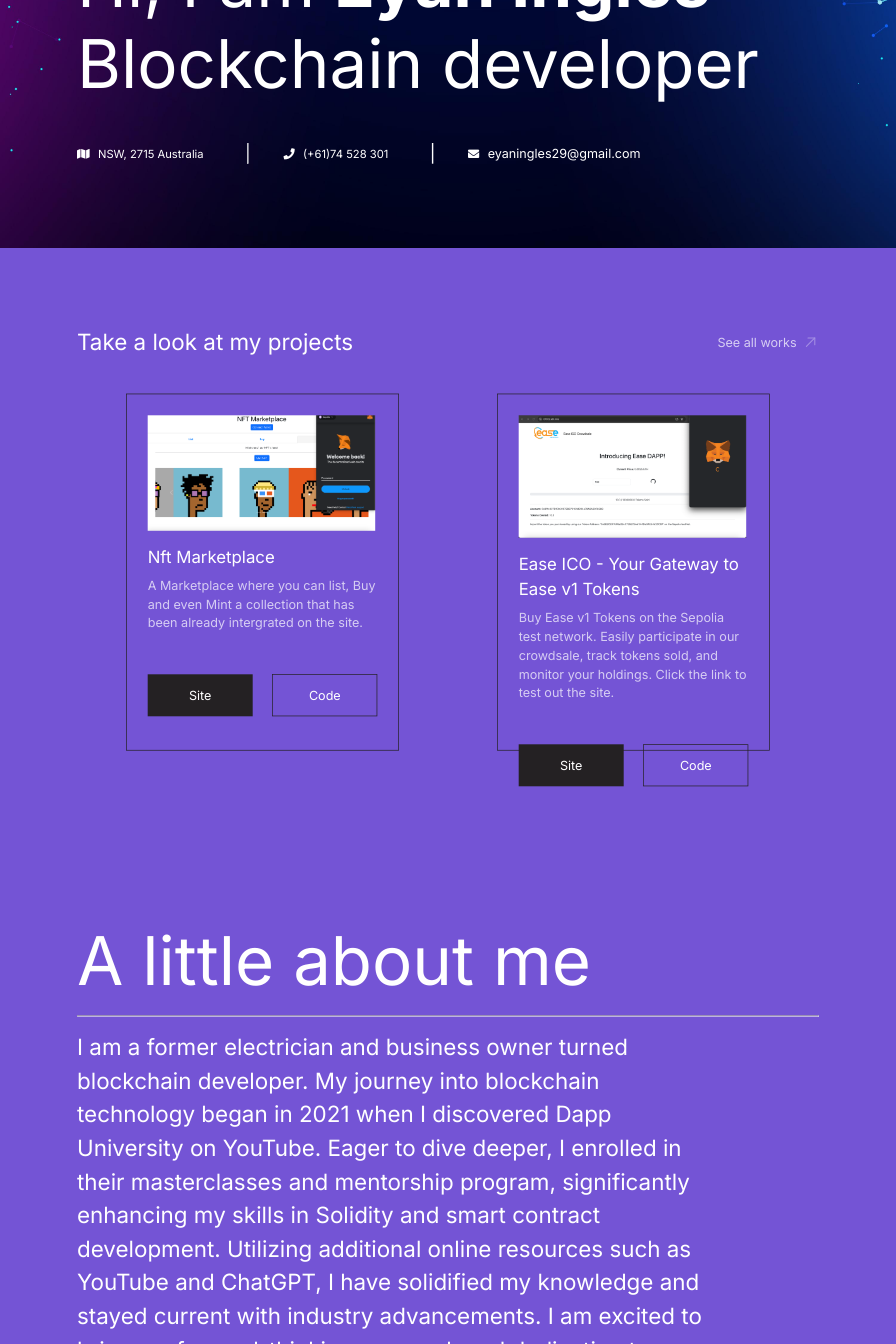
Repository: EyanIngles/Resume
Page: index.html
The author's editor kept a copy of each file at every save. The page is drawn from the files as they stood at one save, then again after the next save.
The browser window is 1280 px wide. The pictures show the part of the page from y = 495 to 2415 px (the page is 4848 px tall), at 70% of full size.

Above is the page before, as saved 2024-06-02 17:14:15.

### index.html
<!DOCTYPE html>
<html lang="en">

<head>
    <meta charset="UTF-8">
    <meta http-equiv="X-UA-Compatible" content="IE=edge">
    <meta name="viewport" content="width=device-width, initial-scale=1.0">
    <meta name="description" content="Blockchain Developer">
    <meta name="author" content="Eyan Ingles">

    <title>Eyan Ingles || Blockchain Developer</title>

    <!-- Google Fonts -->
    <link rel="preconnect" href="https://fonts.googleapis.com">
    <link rel="preconnect" href="https://fonts.gstatic.com" crossorigin>
    <link href="https://fonts.googleapis.com/css2?family=Inter:wght@100;200;300;400;500;600;700;800;900&display=swap"
        rel="stylesheet">

    <!-- Font Awesome -->
    <link href="vendor/fontawesome-free-5.15.4-web/css/all.min.css" rel="stylesheet">

    <!-- Custom styles for this template -->
    <link href="css/resume.css" rel="stylesheet">
</head>

<body>
    <header class="header">
        <div class="header-links flex-start">
            <div class="profile-container">
                <img class="profile" src="./img/profile.jpeg" alt="Profile Picture">
                <img class="ring" src="./img/Ring.svg" alt="Ring Border">
            </div>

            <ul class="flex-list list-items-circle">
                <li>
                    <a href="https://www.linkedin.com/in/eyan-ingles-026738272/">
                        <i class="fab fa-linkedin"></i>
                    </a>
                </li>
                <li>
                    <a href="https://github.com/EyanIngles">
                        <i class="fab fa-github"></i>
                    </a>
                </li>
            </ul>
        </div>

        <h1>
            Hi, I am <strong>Eyan Ingles</strong><br />
            Blockchain developer
        </h1>

        <ul class="contact-details flex-list">
            <i class="fa fa-map"></i><li>NSW, 2715 Australia</li>
            <hr />
            <i class="fa fa-phone"></i><li>(+61)74 528 301</li>
            <hr />
            <i class="fa fa-envelope"></i><li><a href="mailto: EyanIngles@gmail.com" style="border: none;">eyaningles29@gmail.com</a></li>
        </ul>
    </header>
    <main>

        <!-- PROJECTS -->

        <section class="section projects">
            <div class="flex-between">
                <h2>Take a look at my projects</h2>

                <a href="https://www.github.com/" class="projects-link flex-between">
                    See all works <img src="./img/ArrowUpRight.svg" alt="Arrow" style="margin-left: 8px; opacity: 0.7;">
                </a>
            </div>

            <div class="cards flex-center">

                <div class="card">
                    <img src="./img/projects/project1.png" alt="Nft Marketplace">
                    <h3 class="card-title">Nft Marketplace</h3>
                    <p class="card-description">A Marketplace where you can list, Buy and even Mint a collection that has been already intergrated on the site.</p>

                    <div class="card-buttons">
                        <a href="https://marketplacedraft.eth.limo" class="card-button--site">Site</a>
                        <a href="https://github.com/EyanIngles/marketplace-app" class="card-button--code">Code</a>
                    </div>
                </div>

                <div class="card">
                    <img src="./img/projects/project2.png" alt="Nft Marketplace">
                    <h3 class="card-title">Ease ICO - Your Gateway to Ease v1 Tokens</h3>
                    <p class="card-description">Buy Ease v1 Tokens on the Sepolia test network. Easily participate in our crowdsale, track tokens sold, and monitor your holdings. Click the link to test out the site. </p>
                    <div class="card-buttons">
                        <a href="https://07922.eth.limo/" class="card-button--site">Site</a>
                        <a href="https://github.com/EyanIngles/ICO" class="card-button--code">Code</a>
                    </div>
                </div>

            </div>
        </section>

        <!-- EXPIERENCE -->

        <section class="section experience">
            <h1>A little about me </h1><br/><hr/><br/>
            <p class="experience-description">
                I am a former electrician and business owner turned blockchain developer. My journey into blockchain
                technology began in 2021 when I discovered Dapp University on YouTube. Eager to dive deeper, I enrolled
                in their masterclasses and mentorship program, significantly enhancing my skills in Solidity and smart contract
                development. Utilizing additional online resources such as YouTube and ChatGPT, I have solidified my knowledge and
                stayed current with industry advancements. I am excited to bring my forward-thinking approach and dedication to quality
                to the blockchain industry.
            </p>

            <h2>Experience</h2>

            <div class="experience-cards flex-center">
                <div class="experience-card">
                    <h3 class="card-title">
                        Online Learning - <span class="highlight">Dabbling with Blockchain Concepts</span>
                    </h3>
                    <p class="card-years">2021-2024</p>

                    <ul class="card-list">
                        <li class="card-list-item">Leveraged online resources such as YouTube and ChatGPT to enhance and solidify my knowledge.</li>
                    </ul>
                </div>
                <div class="experience-card">
                    <h3 class="card-title">
                        Dapp University - <span class="highlight">Masterclasses and Mentorship Entry</span>
                    </h3>
                    <p class="card-years">2023-2024</p>

                    <ul class="card-list">
                        <li class="card-list-item">Currently, I am studying with Dapp University, participating in masterclasses and a mentorship program that have significantly enhanced my skills in blockchain development.</li>
                    </ul>
                </div>
            </div>
        </section>

        <!-- SKILLS -->

        <section class="section skills">
            <h2>Skills that I have</h2>

            <div class="skill-cards flex-center">
                <div class="skill-card flex-center">
                    <i class="fab fa-html5"></i>
                </div>
                <div class="skill-card flex-center">
                    <i class="fab fa-css3-alt"></i>
                </div>
                <div class="skill-card flex-center">
                    <i class="fab fa-js-square"></i>
                </div>
                <div class="skill-card flex-center">
                    <i class="fab fa-react"></i>
                </div>
                <div class="skill-card flex-center">
                    <i class="fab fa-node-js"></i>
                </div>
                <div class="skill-card flex-center">
                    <i class="fab fa-npm"></i>
                </div>
            </div>

            <ul class="skill-list flex-between">
                <li><img src="./img/Check.svg" alt="Checkmark"></li>
            </ul>
        </section>

        <!-- CONTACT -->

        <section class="section contact">
            <div class="contact-links flex-start">
                <div class="profile-container">
                    <img class="profile" src="./img/profile.jpeg" alt="Joe Blow">
                </div>

                <ul class="flex-list list-items-circle">
                    <li>
                        <a href="https://www.linkedin.com/in/eyan-ingles-026738272/">
                            <i class="fab fa-linkedin"></i>
                        </a>
                    </li>
                    <li>
                        <a href="https://github.com/EyanIngles">
                            <i class="fab fa-github"></i>
                        </a>
                    </li>
                </ul>

            </div>

            <h1>
                Get in touch
            </h1>

            <p>I am a former electrician and business owner turned blockchain developer. My interest
                in blockchain technology began in 2021 when I discovered Dapp University on YouTube.
                Since then, I have joined a mentorship program with Dapp University, and I am excited to
                see where my journey in this industry will take me!
            </p>

            <ul class="contact-details flex-list">
                <li>NSW, 2715 Australia</li>
                <hr />
                <li>(+61)74 528 301</li>
                <hr />
                <li><a href="mailto: name@email.com">eyaningles29@email.com</a></li>
            </ul>
        </section>
    </main>
    <footer class="footer flex-center">
        <p><small>© Eyan Ingles 2024. All rights reserved.</small></p>
    </footer>

    <!-- Plugin JavaScript -->
    <script src="vendor/jquery/jquery.min.js"></script>
    <script src="vendor/jquery-easing/jquery.easing.min.js"></script>

    <!-- Custom scripts for this template -->
    <script src="js/resume.js"></script>
</body>

</html>

### css/resume.css
* {
    margin: 0;
    padding: 0;
    box-sizing: border-box;
}

:root {
    --black: #060003;
    --gray: #242123;
    --white: #FFFFFF;
    --blue: #7454d5;
    --border-gradient: linear-gradient(227.58deg, #F4492F -44.04%, #F367A5 42.36%, #553DEB 113.95%);

    --font-96: clamp(56px, 8vw, 96px);
    --font-40: clamp(24px, 6vw, 40px);
    --font-32: clamp(24px, 4vw, 32px);
}

html {
    font-family: "Inter";
    color: var(--white);

    overflow-x: hidden;
}

body {
    background-color: var(--blue);
}

/* TYPOGRAPHY */
h1 {
    font-style: normal;
    font-weight: 400;
    font-size: var(--font-96);
    line-height: 116px;
}

h2 {
    font-weight: 400;
    font-size: var(--font-32);
    line-height: 150%;
    margin-bottom: 30px;
}

p,
a {
    font-weight: 400;
    font-size: 18px;
    line-height: 150%;
    text-decoration: none;
}

p {
    opacity: 0.7;
}

/* LAYOUTS */

.flex-center {
    display: flex;
    justify-content: center;
    align-items: center;
}

.flex-start {
    display: flex;
    justify-content: flex-start;
    align-items: center;
}

.flex-between {
    display: flex;
    justify-content: space-between;
    align-items: center;
    flex-wrap: wrap;
}

/* === UNIVERSAL STYLES === */

/* List */

.flex-list {
    display: flex;
    justify-content: center;
    align-items: center;
    flex-wrap: wrap;
    list-style: none;
}

.flex-list li {
    margin: 12px;
    transition: 250ms ease all;
}

.flex-list li a {
    color: var(--white);
    text-decoration: none;
    opacity: 1;

    display: block;
    transition: 250ms ease all;
}

.list-items-circle li a {
    border: 2px solid var(--white);
    border-radius: 50%;
}

.list-items-circle li a:hover {
    background-color: var(--white);
    border: 2px solid var(--white);
}

.list-items-circle li a .fab {
    width: 80px;
    height: 80px;
    font-size: 30px;

    display: flex;
    justify-content: center;
    align-items: center;
    border-radius: 50%;

    transition: 250ms ease all;
}

.list-items-circle li a:hover .fab {
    color: var(--black);
}

.contact .list-items-circle li a {
    border: 2px solid var(--white);
}

.contact .list-items-circle li a:hover {
    background-color: var(--white);
    border: 2px solid var(--white);
}

.flex-list hr {
    height: 30px;
    margin: 0 50px;
}

/* Profile Image */

.profile-container {
    min-width: 88px;
    width: 88px;
    height: 88px;
    margin: 12px;
    position: relative;
}

.profile-container .profile {
    position: absolute;
    top: 50%;
    left: 50%;
    transform: translate(-50%, -50%);

    width: 80px;
    height: 80px;
    border-radius: 50%;
}

.profile-container .ring {
    position: absolute;
    top: 50%;
    left: 50%;
    transform: translate(-50%, -50%);
}

.header,
.section {
    min-height: 850px;
    padding: 110px;
}

/* HEADER */

.header {
    background-image: url('../img/Background.jpg');
    background-repeat: no-repeat;
    background-size: cover;

    display: flex;
    flex-direction: column;
    justify-content: flex-end;
    align-items: flex-start;
}

.header .header-links,
.contact .contact-links,
.header h1 {
    color: var(--white);
    margin-bottom: 45px;
}

.header .flex-list {
    color: var(--white);
}

.header .flex-list li a {
    color: var(--white);
}

.header .flex-list li:hover,
.header .flex-list li a:hover {
    color: var(--blue);
}

.header .flex-list hr {
    border: 1px solid var(--white);
}

/* === ABOUT === */

.about {
    background-image: url('../img/Vector.png');
    background-repeat: no-repeat;
    background-size: cover;
    background-position: center;
}

.about h2 {
    max-width: 900px;
    font-weight: 400;
    font-size: var(--font-40);
    line-height: 150%;

    margin-bottom: 180px;
}

.about .achievements {
    list-style: none;

}

.about .achievements li {
    margin: 15px 0;
}

/* === PROJECTS === */

.projects .projects-link {
    color: var(--white);
    margin-bottom: 30px;

    opacity: 0.7;
    transition: 250ms ease all;
}

.projects .projects-link:hover {
    opacity: 1;
}

.projects .cards {
    justify-content: space-evenly;
    flex-wrap: wrap;
}

.projects .card {
    border: 1px solid var(--gray);

    height: 510px;
    max-width: 390px;
    padding: 30px;
    margin: 20px auto;
}

.projects .card img {
    width: 100%;
    max-width: 325px;
    height: auto;
    margin: 0 auto 16px;
}

.projects .card .card-title {
    font-weight: 400;
    font-size: 24px;
    line-height: 150%;
    margin-bottom: 8px;
}

.projects .card .card-description {
    margin-bottom: 60px;
}

.projects .card .card-buttons {
    display: flex;
    justify-content: space-between;
}

.projects .card .card-buttons .card-button--site,
.projects .card .card-buttons .card-button--code {
    width: 150px;
    height: 60px;

    display: flex;
    justify-content: center;
    align-items: center;

    opacity: 1;
    color: var(--white);

    transition: 250ms ease all;
}

.projects .card .card-buttons .card-button--site {
    background-color: var(--gray);
}

.projects .card .card-buttons .card-button--code {
    border: 1px solid var(--gray);
}

.projects .card .card-buttons .card-button--site:hover,
.projects .card .card-buttons .card-button--code:hover {
    background-color: var(--white);
    color: var(--black);
}

/* === EXPERIENCE === */

.experience-description {
    max-width: 900px;
    margin-bottom: 125px;

    font-weight: 400;
    font-size: var(--font-32);
    line-height: 150%;

    opacity: 1;
    position: relative;
}

.experience-description img {
    position: absolute;
    top: 50%;
    right: -200px;
    transform: translate(-50%, -50%);

    pointer-events: none;
}

.experience h2 {
    border-left: 2px solid var(--white);
    padding-left: 24px;
}

.experience .experience-cards {
    justify-content: flex-start;
    align-items: flex-start;
    flex-wrap: wrap;
}

.experience .experience-card {
    width: 370px;
    padding: 0 30px 30px 0;
}

.experience .experience-card .card-title {
    font-size: 18px;
    line-height: 150%;
}

.experience .experience-card .card-title .highlight {
    opacity: 0.7;
    font-weight: 400;
}

.experience .experience-card .card-years {
    color: var(--blue);
    font-weight: 500;
    font-size: 18px;
    line-height: 150%;
    margin-bottom: 24px;
    opacity: 1;
}

.experience .experience-card .card-list .card-list-item {
    margin: 0 0 16px 16px;
    opacity: 0.7;
}

/* === SKILLS === */

.skills {
    background-image: url('../img/Vector.png');
    background-repeat: no-repeat;
    background-size: cover;
}

.skills .skill-cards {
    flex-wrap: wrap;
}

.skills .skill-card {
    background-image: url('../img/background2.jpg');
    background-repeat: no-repeat;
    background-size: cover;
    background-color: #060003;
    background-blend-mode: darken;
    width: 170px;
    height: 170px;
    margin: 0 30px 30px 0;
    border: 1px solid var(--gray);

    cursor: pointer;

    transition: 500ms ease all;
}

.skills .skill-card .fab {
    font-size: 80px;
    opacity: 0.7;
    transition: 500ms ease all;
}

.skills .skill-card:hover {
    background-blend-mode: normal;
}

.skills .skill-card:hover .fab {
    opacity: 1;
}

.skills .skill-list {
    list-style: none;
    flex-wrap: wrap;
}

.skills .skill-list li {
    display: flex;
    justify-content: center;
    align-items: center;
}

.skills .skill-list li img {
    margin: 10px;
}

/* === CONTACT === */

.contact {
    display: flex;
    flex-direction: column;
    justify-content: center;
    align-items: flex-start;
}

.contact h1,
.contact p {
    max-width: 750px;
    margin-bottom: 45px;
}

.contact .flex-list li:hover,
.contact .flex-list li a:hover {
    color: var(--blue);
}

/* === FOOTER === */

.footer {
    min-height: 88px;
    background-color: var(--gray);
}

/* === MEDIA STYLES === */

@media all and (max-width: 1200px) {
    .contact-details {
        align-items: flex-start;
        flex-direction: column;
    }

    .contact-details li {
        margin: 10px;
    }

    .contact-details li a {
        margin: 0;
    }

    .contact-details hr {
        display: none;
    }
}

@media all and (max-width: 992px) {
    .skills .skill-card {
        width: 125px;
        height: 125px;
    }
}

@media all and (max-width: 767px) {

    .header,
    .section {
        padding: 40px;
    }
}

### js/resume.js
// Include JavaScript Functionality Here...

Loaded but not shown: vendor/fontawesome-free-5.15.4-web/css/all.min.css (library); vendor/jquery/jquery.min.js (library); vendor/jquery-easing/jquery.easing.min.js (common file)

After the next save:
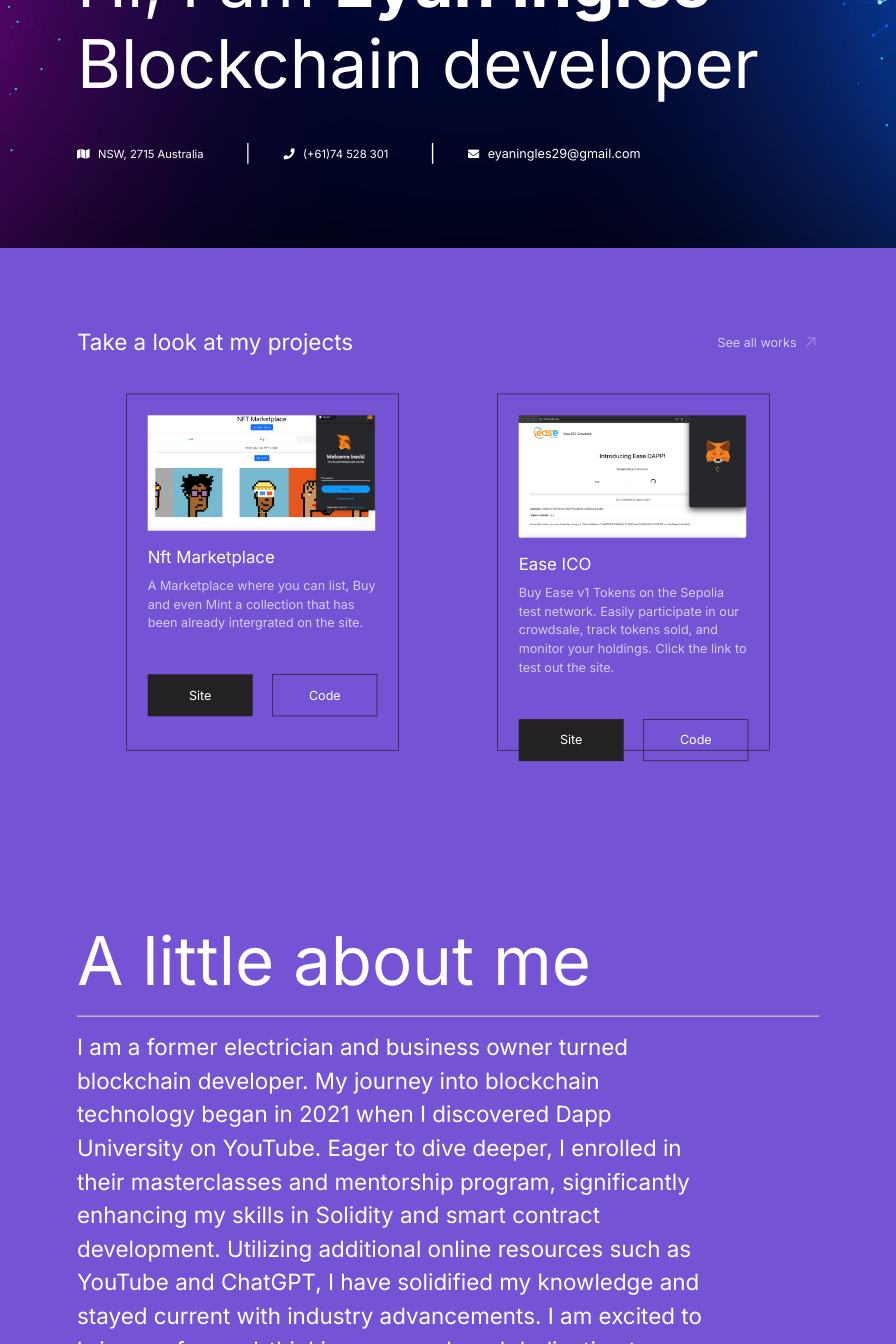
Saved 16 s later.
--- a/index.html
+++ b/index.html
@@ -86,7 +86,7 @@
 
                 <div class="card">
                     <img src="./img/projects/project2.png" alt="Nft Marketplace">
-                    <h3 class="card-title">Ease ICO - Your Gateway to Ease v1 Tokens</h3>
+                    <h3 class="card-title">Ease ICO </h3>
                     <p class="card-description">Buy Ease v1 Tokens on the Sepolia test network. Easily participate in our crowdsale, track tokens sold, and monitor your holdings. Click the link to test out the site. </p>
                     <div class="card-buttons">
                         <a href="https://07922.eth.limo/" class="card-button--site">Site</a>
